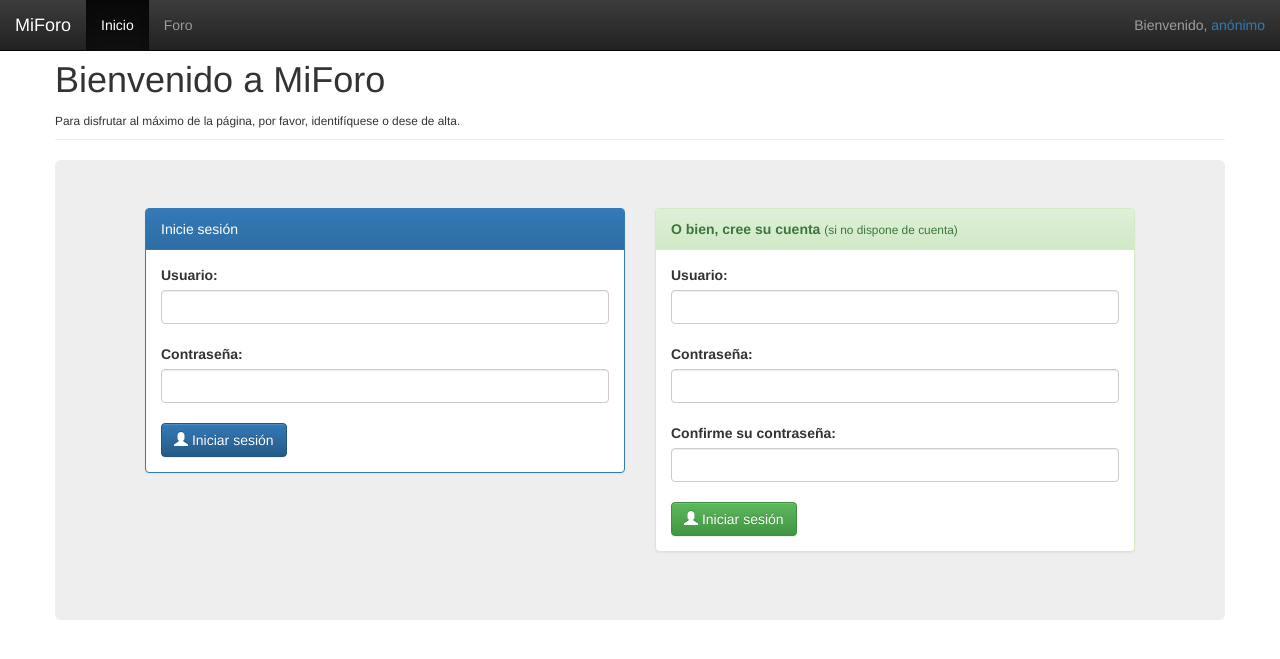
Repository: Myugen/EjercicioPHP
Page: http://localhost/
An editor plug-in stored every save of this project. The page is shown before and after the next save, followed by the edit.
The browser window is 1280 px wide. The pictures show the whole page.
Some web libraries are served in a nearby version. The page is run by PHP 8.4 with error messages shown; the project is at /var/www/html/.

Above is the page before, as saved 2015-11-27 20:02:15.
Not found: ProyectoFinalForo/jsfile

After the next save:
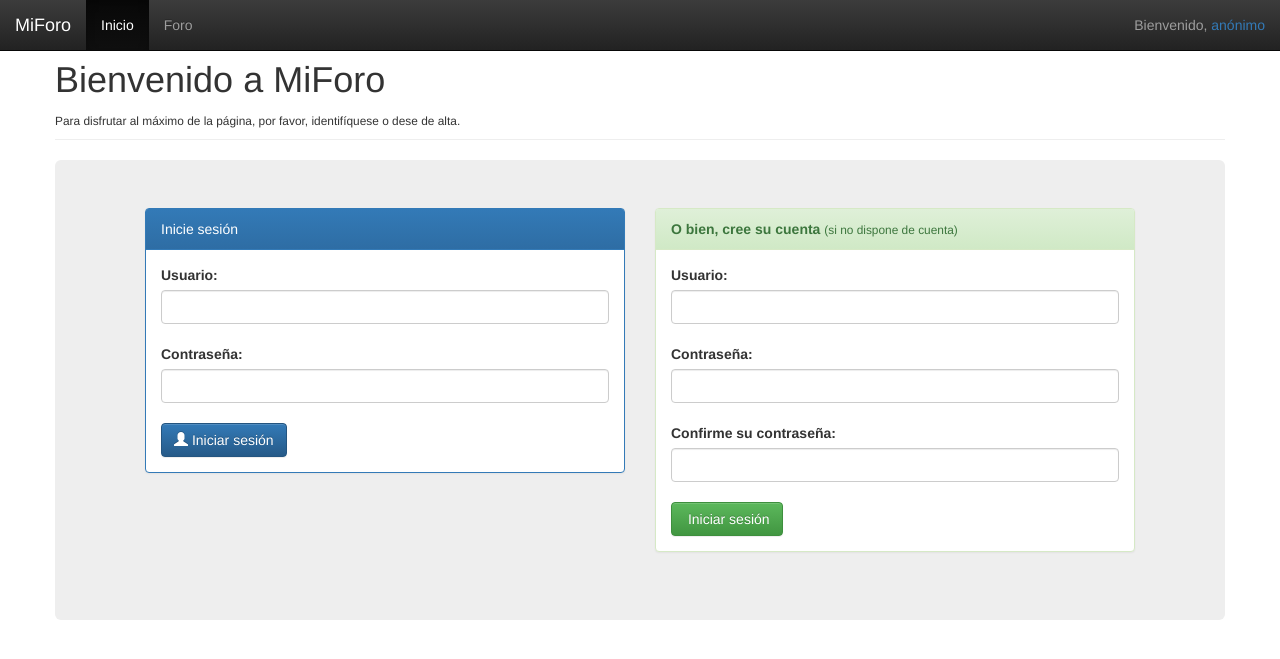
Saved 3 min 6 s later.
--- a/ProyectoFinalForo/index.php
+++ b/ProyectoFinalForo/index.php
@@ -77,7 +77,7 @@ session_start();
 							<label for="textBoxPassword">Confirme su contraseña:</label>
 							<input type="password" name="confirmPasswordUp" id="textBoxPassword" class="form-control"/><br>
 							<button type="submit" class="btn btn-success">
-								<span class="glyphicon glyphicon-user" aria-hidden="true"></span>
+								<span class="glyphicon glyphicon-group" aria-hidden="true"></span>
 								Iniciar sesión
 							</button>
 						</form>
